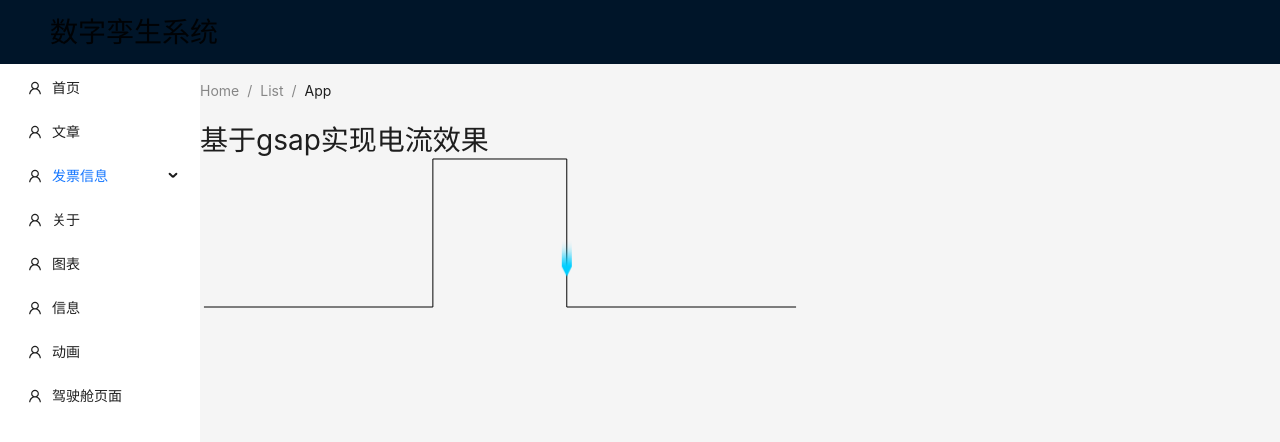
Repository: HailiePan/webpack-react-practice
Page: /animation
An editor plug-in stored every save of this project. The page is shown before and after the next save, followed by the edit.
The browser window is 1280 px wide. The pictures show the whole page.
The project was rebuilt for these pictures with package versions that can differ from the ones it lists, and the page was loaded fresh each time. Also part of the build but not shown: src/pages/Animation/component/ScrollAnimation/index.jsx, src/pages/Home.jsx, src/pages/Invoices/index.jsx, src/pages/Invoices/Invoice.jsx, src/pages/Invoices/Pending.jsx, src/pages/Invoices/Complete.jsx, src/components/CommonBox/index.less, src/components/CommonBox/index.jsx and 27 more.

Above is the page before, as saved 2024-01-24 17:06:31.

### index.html
<!--
 * Author  hailie.pan
 * Date  2023-10-08 16:03:03
 * LastEditors  hailie.pan
 * LastEditTime  2023-10-08 16:03:04
 * Description  file content
-->
<!--
 * Author  hailie.pan
 * Date  2023-10-07 17:34:05
 * LastEditors  hailie.pan
 * LastEditTime  2023-10-07 17:34:06
 * Description  file content
-->
<!DOCTYPE html>
<html lang="en">
  <head>
    <meta charset="UTF-8" />
    <meta http-equiv="X-UA-Compatible" content="IE=edge" />
    <meta name="viewport" content="width=device-width, initial-scale=1.0" />
    <title>Document</title>
  </head>
  <body>
    <div id="app"></div>
  </body>
</html>

### src/index.jsx
/*
 * Author  hailie.pan
 * Date  2023-10-07 17:16:58
 * LastEditors  hailie.pan
 * LastEditTime  2023-10-24 17:39:40
 * Description  file content
 */
import React, { StrictMode } from "react";
import * as ReactDOM from "react-dom/client";
import { BrowserRouter, useRoutes } from "react-router-dom";
import { routes } from "@/router";
const App = () => {
  return useRoutes(routes);
};
const root = ReactDOM.createRoot(document.getElementById("app"));
// v18 的新方法
root.render(
  <StrictMode>
    <BrowserRouter>
      <App />
    </BrowserRouter>
  </StrictMode>
);

// BrowserRouter下直接渲染useRoutes,routes里配置好路径对应的组件
// 然后就会显示路径对应的组件
// useRoutes(routes)必须在函数里写着

### src/router/index.js
/*
 * @Author: Hailie.Pan
 * @Date: 2023-11-28 10:30:45
 * @LastEditors: Hailie.Pan
 * @LastEditTime: 2024-01-11 10:41:08
 * @Description:
 */
/*
 * Author  hailie.pan
 * Date  2023-10-13 17:13:27
 * LastEditors  hailie.pan
 * LastEditTime  2023-11-28 10:30:45
 * Description  file content
 */
import React from "react";
import { useRoutes } from "react-router-dom";

import BaseLayout from "@/BaseLayout";

import Home from "@/pages/Home";
import Invoices from "@/pages/Invoices";
import Invoice from "@/pages/Invoices/Invoice";
import Pending from "@/pages/Invoices/Pending";
import Complete from "@/pages/Invoices/Complete";
import About from "@/pages/About";
import Article from "@/pages/Article";
import ControlRoomFirstPage from "@/pages/ControlRoomFirstPage";
import Chart from "@/pages/Chart";
import Info from "@/pages/Info";
import Animation from '@/pages/Animation'

const routes = [
  {
    path: "/",
    element: <BaseLayout />,
    name: "一级场景",
    children: [
      { path: "/home", element: <Home />, name: "首页" },
      { path: "/article", element: <Article />, name: "文章" },
      {
        // path: "/invoices",
        // element: <Invoices />,
        name: "发票信息",
        children: [
          {
            path: "/invoices/invoicesDetail/:id",
            element: <Invoice />,
            name: "发票1详情",
          },
          {
            path: "/invoices/pending",
            element: <Pending />,
            name: "发票2详情",
          },
          {
            path: "/invoices/complete",
            element: <Complete />,
            name: "发票3详情",
          },
        ],
      },

      {
        path: "/about",
        element: <About />,
        name: "关于",
      },
      {
        path: "/chart",
        element: <Chart />,
        name: "图表",
      },
      {
        path: "/info",
        element: <Info />,
        name: "信息",
      },
      {
        path: "/animation",
        element: <Animation />,
        name: "动画",
      },
    ],
  },
  {
    path: "/controlRoomFirstPage",
    element: <ControlRoomFirstPage />,
    name: "驾驶舱页面",
  },
];

export { routes };

### src/BaseLayout/index.jsx
/*
 * Author  hailie.pan
 * Date  2023-10-13 17:28:32
 * LastEditors  hailie.pan
 * LastEditTime  2023-12-04 10:37:50
 * Description  file content
 */

import React, {useEffect, useCallback, useState, useMemo } from 'react';
import { LaptopOutlined, NotificationOutlined, UserOutlined } from '@ant-design/icons';
import { Breadcrumb, Layout, Menu, theme } from 'antd';
import { Link, NavLink, useRoutes, Navigate, Outlet } from 'react-router-dom';
import { gsap } from "gsap";
import { ScrollTrigger } from 'gsap/ScrollTrigger.js'
import { routes } from '@/router';
import StateContext from './data.js';
import styles from './index.less';
import ScrollAnimation from '@/pages/Animation/component/ScrollAnimation'
const { Header, Content, Sider } = Layout;

export default function BaseLayout() {
  // console.log("routes", routes);
  const [selectedMenuKeys, setSelectedMenuKeys] = useState([]);

  // useMemo缓存菜单的计算方法，避免每次刷新时都计算一遍
  // 这个菜单的算法还是不太优美，不好维护
  let showMenu = useMemo(
    () =>
      routes
        .map((item, index) => {
          if (item.children) {
            const arr2 = item.children.map((c, cIndex) => {
              return {
                key: cIndex,
                icon: React.createElement(UserOutlined),
                name: c.name,
                label: (
                  <NavLink to={c.path} state={'From App'}>
                    {c.name}
                  </NavLink>
                ),
                children: c?.children?.map((t, tIndex) => ({
                  key: `${cIndex}-${tIndex}`,
                  icon: React.createElement(UserOutlined),
                  name: t.name,
                  label: <NavLink to={t.path}>{t.name}</NavLink>
                }))
              };
            });
            return arr2;
          } else {
            return {
              key: 'dandu' + index,
              icon: React.createElement(UserOutlined),
              name: item.name,
              label: (
                <NavLink to={item.path} state={'From App'}>
                  {item.name}
                </NavLink>
              )
            };
          }
        })
        .flat(), // arr2是个数组，放到showMenu数组里需要拉平
    []
  );
  showMenu.flat();
  // console.log("showMenu", showMenu);

  const menuArr = [
    {
      key: 0,
      icon: React.createElement(UserOutlined),
      label: (
        <NavLink to="/home" state={'From App'}>
          首页
        </NavLink>
      )
    },

    {
      key: 1,
      icon: React.createElement(LaptopOutlined),
      label: <NavLink to="invoices">发票信息</NavLink>,
      children: [
        {
          key: '1-0',
          label: <NavLink to="/invoices/invoicesDetail/1?a=a&b=b">发票1详情页</NavLink>
        },
        {
          key: '1-1',
          label: <NavLink to="/invoices/pending?fromPage=菜单点击">发票2详情页</NavLink>
        },
        {
          key: '1-2',
          label: (
            <NavLink to="/invoices/complete" state={'左侧菜单点击'}>
              发票3详情页
            </NavLink>
          )
        }
      ]
    },
    {
      key: 2,
      icon: React.createElement(NotificationOutlined),
      label: <NavLink to="about">关于</NavLink>
    },
    {
      key: 3,
      icon: React.createElement(NotificationOutlined),
      label: <NavLink to="controlRoomFirstPage">驾驶舱页面</NavLink>
    },
    {
      key: 4,
      icon: React.createElement(LaptopOutlined),
      label: <NavLink to="article">文章</NavLink>
    }
  ];

  const onSelectMenu = ({ item, key, keyPath, selectedKeys, domEvent }) => {
    setSelectedMenuKeys([key]);
  };

  const [state, setState] = useState('playing');

  // useEffect(()=>{
  //   gsap.registerPlugin(ScrollTrigger)
  //     // 绿色方块
  //     gsap.to("#ewrwer", {
  //       rotation: 900,
  //       x:400,
  //       duration: 1,
  //       scrollTrigger: {
  //         trigger: '#ewrwer', // 动画的元素
  //         scroller: document.getElementById('21321'), // 滚动的元素
  //         scrub: 2,
  //         markers: true,
  //       },

  //     });
  // },[])

  return (
    <Layout className={styles.layoutWrap}>
{/*
      <div className={styles.box} id='21321'>
        <div className={styles.green} id='ewrwer'></div>
        <div style={{height:'1000px'}} />
      </div> */}

      {/* <ScrollAnimation /> */}


      <Header className={styles.header}>
        <div className={styles.logo} />

        <h1>数字孪生系统</h1>
      </Header>

      <Layout>
        <Sider className={styles.sider}>
          <Menu
            mode="inline"
            // defaultSelectedKeys={["0"]}
            // defaultOpenKeys={["sub1"]}
            style={{
              height: '100%',
              borderRight: 0
            }}
            items={showMenu}
            selectedKeys={selectedMenuKeys}
            onSelect={onSelectMenu}
          />
        </Sider>

        <Layout className={styles.rightLayout}>
          <Breadcrumb
            style={{
              margin: '16px 0'
            }}
          >
            <Breadcrumb.Item>Home</Breadcrumb.Item>
            <Breadcrumb.Item>List</Breadcrumb.Item>
            <Breadcrumb.Item>App</Breadcrumb.Item>
          </Breadcrumb>

          <StateContext.Provider value={{ state, setState }}>
            <Content className={styles.content} id='content'>
              <Outlet />
            </Content>
          </StateContext.Provider>
        </Layout>
      </Layout>
    </Layout>
  );
}

### src/pages/Animation/index.jsx
/*
 * @Author: Hailie.Pan
 * @Date: 2024-01-11 10:41:16
 * @LastEditors: Hailie.Pan
 * @LastEditTime: 2024-01-24 15:25:22
 * @Description:
 */
import React, { useRef, useEffect, useState } from 'react';
import { gsap } from 'gsap';
import { ScrollTrigger } from 'gsap/ScrollTrigger.js';
import MoveBox from './component/MoveBox';
import MoveOnPath from './component/MoveOnPath';
import CanvasDraw from './component/CanvasDraw';
import TimeLine from './component/TimeLine';
import ScrollAnimation from './component/ScrollAnimation';
import ScrollAnimation2 from './component/ScrollAnimation2';
import ImitateElectricity from './component/ImitateElectricity';
import DraggableCom from './component/DraggableCom';
import styles from './index.module.less';

export default function Animation() {
  let obj = { myNum: 10, myColor: 'red' };

  useEffect(() => {
    // stagger 依次执行动画
    // gsap.to([boxRef.current, boxRef2.current, boxRef3.current], {
    //   rotation: 360,
    //   stagger:1,
    //   duration:2
    // });

    gsap.to(obj, {
      myNum: 200,
      myColor: 'blue',
      onUpdate: () => {
        console.log('onUpdate', obj.myColor);
      },
      onComplete: () => console.log('onComplete', obj.myNum, obj.myColor)
    });
  }, []);

  return (
    <div className={styles.wrap}>
      {/* <MoveBox /> */}

      {/* 在canvas中驱动元素绘制 */}
      {/* <CanvasDraw /> */}

      {/* 时间线动画 stagger依次错开 */}
      {/* <TimeLine /> */}

      {/* 元素沿SVG路径移动 */}
      {/* <MoveOnPath /> */}

      {/* 把canvas的效果和gsap的效果放在一起对比 */}
      {/* 模拟电流效果 */}
      <ImitateElectricity />

      {/* 滚动动画 */}
      {/* <ScrollAnimation /> */}

      {/* 滚动动画 */}
      {/* <ScrollAnimation2 /> */}

      {/* 可拖拽 */}
      {/* <DraggableCom /> */}
    </div>
  );
}

### src/BaseLayout/data.js
/*
 * Author  hailie.pan
 * Date  2023-11-28 10:20:25
 * LastEditors  hailie.pan
 * LastEditTime  2023-11-28 10:26:27
 * Description  file content
 */
import { createContext } from "react";

const StateContext = createContext({});

export default StateContext;

### src/BaseLayout/index.less
body {
  margin: 0;
  // height: 200vh;
}


.layoutWrap {
  height: 100vh;
  overflow-y: auto;
}

.box{
  height: 200px;
  overflow-y: auto;
  // border: 1px solid rgb(239, 200, 151);
}
.green{
  width: 50px;
  height: 50px;
  background-color: green;
  border-radius: 4px;
  margin: 0 auto;
  position: fixed;
  top: 50%;
  left: 50%;
}
.header {
  display: flex;
  align-items: center;

  .logo {
    width: 100px;
    height: 40px;
    background: rgba(255, 255, 255, 0.5);
    margin-right: 20px;
  }
  h1 {
    color: #fff;
    padding: 0;
    margin: 0;
  }
}
@colorBgContainer: #fff;
.sider {
  width: 200;
  background: @colorBgContainer;
}
.rightLayout {
  padding: 0 24px 24px;
}

.content {
  padding: 24px;
  margin: 0;
  min-height: 280px;
  background: @colorBgContainer;
  // border: 1px solid green; // 高度没有被页面的高度撑开
  // height: auto;
  overflow-y: scroll;
}

### src/pages/home.less
@color: rgb(248, 157, 39);

@font-face {
  font-family: "DIN";
  src: url("@/assets/fonts/庞门正道标题体2.0增强版.ttf");
  font-style: normal;
  font-weight: normal;
}
.wrapper {
  font-weight: 700;
  color: #333;

  ul {
    color: @color;
    // list-style-type: none;
  }
  .fontStyle {
    font-family: "DIN";
  }

  .box {
    height: 500px;
    margin-top: 20px;
    display: flex;
    .item {
      flex-shrink: 1; //属性定义了项目的缩小比例，默认为1，即如果空间不足，该项目将缩小
      flex-grow: 1; // 定义项目的放大比例，默认为0，即如果存在剩余空间，也不放大
      width: 300px;
      background-color: #fce09e;
      border: 1px solid rgb(255, 162, 0);
    }
  }
  .showImg {
    display: flex;
    img {
      width: 100px;
      height: 100px;
      margin-top: 10px;
      display: block;
    }
  }
}

### src/pages/Animation/component/ImitateElectricity/index.jsx
/*
 * @Author: Hailie.Pan
 * @Date: 2024-01-16 22:18:53
 * @LastEditors: Hailie.Pan
 * @LastEditTime: 2024-01-24 17:06:31
 * @Description:
 */
import React, { useEffect, useRef } from 'react';
import { gsap } from 'gsap';
import { MotionPathPlugin, MotionPathHelper } from 'gsap/all';
import { Button } from 'antd';
import styles from './index.module.less';

export default function ImitateElectricity() {
  const jiantou = useRef();
  const jiantou2 = useRef();

  // 注册插件
  gsap.registerPlugin(MotionPathPlugin);

  useEffect(() => {
    const tl = gsap.timeline({ repeat: -1 });
    gsap.set([jiantou.current, jiantou2.current], { scale: 0.5, autoAlpha: 1 });
    gsap.set([jiantou2.current], { opacity: 0 });

    tl.to([jiantou.current], {
      duration: 8,
      ease: 'none',
      immediateRender: true,
      motionPath: {
        path: '#xianlu', // 路径
        align: '#xianlu', // 对齐到路径
        alignOrigin: [0.5, 0.5], // 对齐原点
        autoRotate: 90, // 沿路径方向旋转角度
        // end: 0.24,
        transformOrigin: '100% 50%'
      }
    });
    // tl.to([jiantou.current], {
    //   duration: 0.1,
    //   opacity: 0
    // });

    // tl.to(
    //   [jiantou2.current],
    //   {
    //     duration: 0.1,
    //     opacity: 1
    //   },
    //   '<0.1'
    // );

    // tl.to([jiantou2.current], {
    //   duration: 1,
    //   ease: 'none',
    //   immediateRender: true,
    //   // stagger: 2, // 间隔时间
    //   motionPath: {
    //     path: '#xianlu', // 路径
    //     align: '#xianlu', // 对齐到路径
    //     alignOrigin: [0.5, 0.5], // 对齐原点
    //     autoRotate: 90, // 沿路径方向旋转角度
    //     start: 0.28,
    //     end: 0.41
    //   }
    // });
    // tl.to([jiantou2.current], {
    //   duration: 0.25,
    //   opacity: 0
    // });

    // gsap.registerPlugin(MotionPathPlugin, MotionPathHelper)
  }, []);

  return (
    <div>
      <h1>基于gsap实现电流效果</h1>
      {/* svg路径必须是path */}
      <svg class={styles.motionPath} viewBox="0 0 600 152">
        <path fill="none" stroke="#000" d="m0,151h231.97V1h135.69v150h232.35" />
        <path
          id="xianlu"
          fill="none"
          stroke="none"
          d="m0,151h225.12c3.78,0,6.85-3.06,6.85-6.85V8.04c0-3.89,3.15-7.04,7.04-7.04h121.97c3.69,0,6.68,2.99,6.68,6.68v136.63c0,3.69,3,6.69,6.69,6.69h225.66"
        />
      </svg>

      <div className={styles.jiantou} ref={jiantou}></div>
      <div className={styles.jiantou} ref={jiantou2}></div>
    </div>
  );
}

### src/pages/Animation/component/ScrollAnimation/index.module.less

.wrap{
  border:1px solid red;
  height: 600px;
  background-color: #111;
  color: white;
  // overflow-x: hidden;
  overflow-y: scroll;
}
h1, h2 {
  margin: 0;
  font-weight: 400;
  max-width: none;
}
.headerSection{
  height: 400px;
  line-height: 400px;
  border: 1px solid rgb(255, 140, 0);
}

.comparisonSection {
  position: relative;
  padding-bottom: 56.25%; /* to maintain aspect ratio (responsive!) */
  border: 1px solid yellow;

  .comparisonImage {
    width: 100%;
    height: 100%;

    img {
      width: 100%;
      height: 100%;
      position: absolute;
      top: 0;
    }
  }

  .afterImage {
    position: absolute;
    overflow: hidden;
    top: 0;
    transform: translate(100%, 0px);
    img {
      transform: translate(-100%, 0px);
    }
  }
}

### src/pages/Animation/component/ImitateElectricity/index.module.less
.motionPath {
  overflow: visible;
  width: 600px;
  height: 150px;
}

.jiantou {
  width: 20px;
  height: 77px;
  background: url('./assets/jiantou2.png');
}

After the next save:
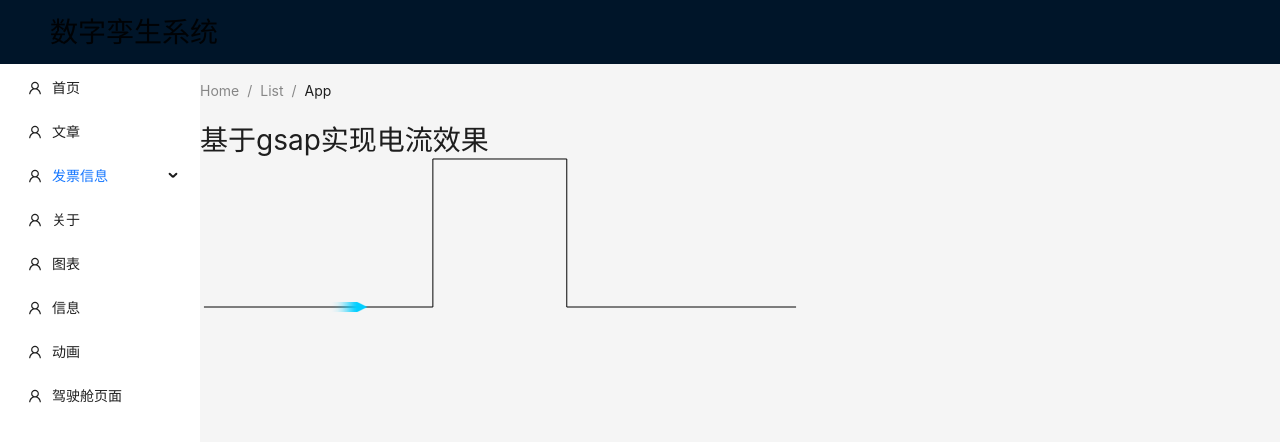
Saved 50 s later.
--- a/src/pages/Animation/component/ImitateElectricity/index.jsx
+++ b/src/pages/Animation/component/ImitateElectricity/index.jsx
@@ -32,8 +32,7 @@ export default function ImitateElectricity() {
         align: '#xianlu', // 对齐到路径
         alignOrigin: [0.5, 0.5], // 对齐原点
         autoRotate: 90, // 沿路径方向旋转角度
-        // end: 0.24,
-        transformOrigin: '100% 50%'
+        end: 0.24
       }
     });
     // tl.to([jiantou.current], {
